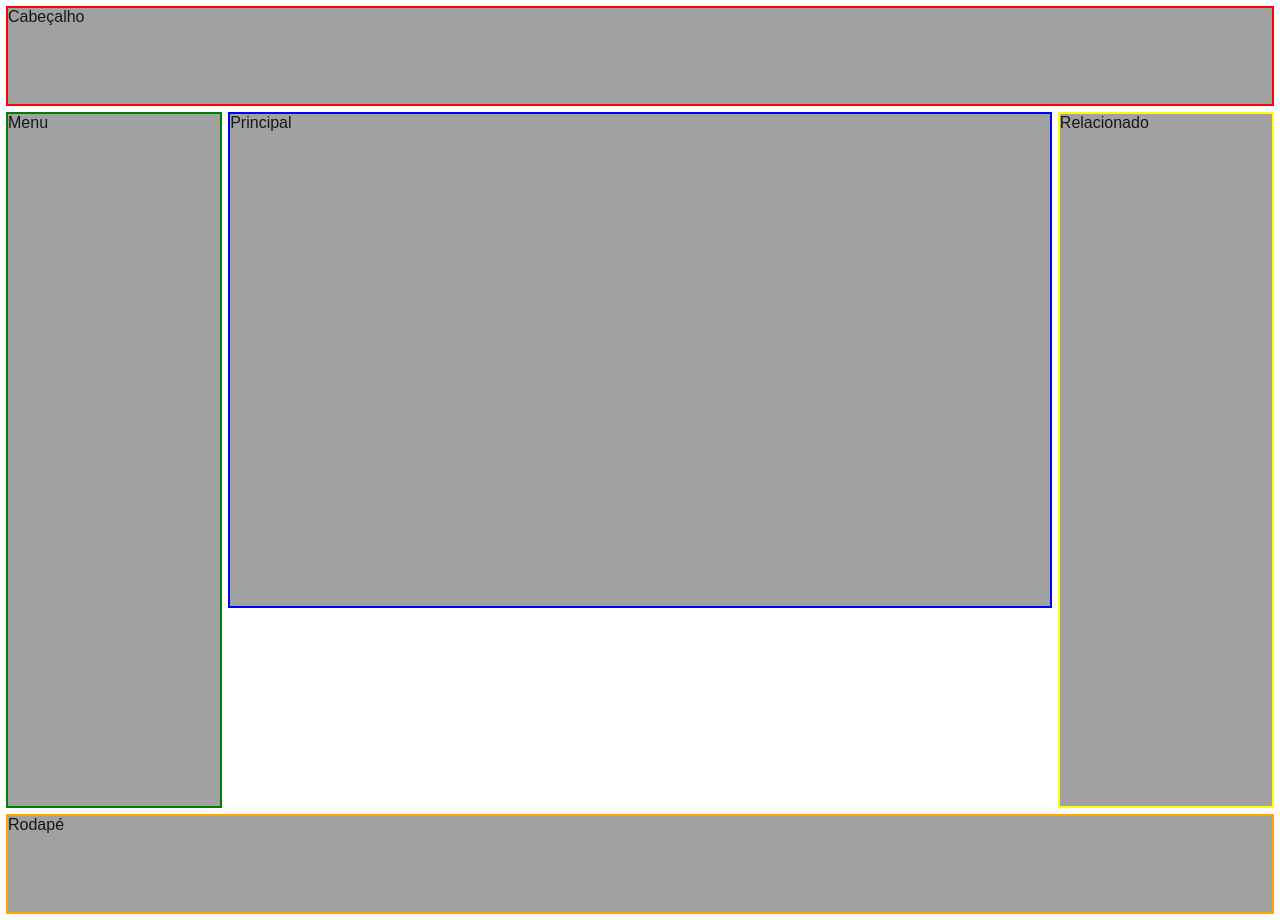
Repository: AleOi3/htmlTemplate
Page: /temp_one
The author's editor kept a copy of each file at every save. The page is drawn from the files as they stood at one save, then again after the next save.
The browser window is 1280 px wide. The pictures show the whole page.
The project was rebuilt for these pictures with package versions that can differ from the ones it lists, and the page was loaded fresh each time. The framework's server and built-in components were replaced by stand-ins that run in the browser. Also part of the build but not shown: next.config.ts.

Above is the page before, as saved 2024-12-09 01:34:52.

### src/app/temp_one/page.tsx
"use client";

import styled from 'styled-components';
const TemplateOnePage = () => {
    let headerHeight = 100;
    let headerMargin = 3;
    let footerHeight = 100;
    let footerMargin = 3;
    let mainMargin = 3;
    let navWidth = 200;
    let navMargin = 3;
    let mainWidth = 500;
    let asideWidth = 200;
    let asideMargin = 3;
    let bodyMargin = 3;
    let firstWrapAisdeHeight = 100;
    let mainHeight = `calc(100vh - ${footerMargin * 2}px - ${headerMargin * 2}px - ${mainMargin * 2}px - ${bodyMargin * 2}px)`;
    let firstWrapWidth = `${mainWidth + asideWidth + navWidth  + bodyMargin * 2 + asideMargin * 2 + mainMargin * 2 + navMargin * 2 }`;
    // let firstWrapWidth = `${mainWidth * 2} - ${asideWidth * 2} - ${navWidth * 2} - ${bodyMargin * 2}`;
    let firstWrapHeight = `calc(100vh - ${firstWrapAisdeHeight}px - ${headerHeight}px - ${footerHeight}px - ${footerMargin * 2}px - ${headerMargin * 2}px - ${mainMargin * 2}px - ${bodyMargin * 2}px - ${asideMargin * 2}px `;
    console.log("firstWrapWidth")
    console.log(firstWrapWidth)
    return <Container firstwrap={{
        maxWidth: firstWrapWidth,
        height: firstWrapHeight,
        asideHeight: firstWrapAisdeHeight,

    }}>
        <header style={{
            border: '2px solid red',
            margin: 3,
            display: 'flex',
            flex: '1 1 100vw',
            height: headerHeight,
            background: '#a1a1a1'
        }}>
            Cabeçalho
        </header>
        <nav style={{
            border: '2px solid green',
            margin: navMargin,
            display: 'flex',
            flex: `1 1 ${navWidth}px`,
            // flex: '1 1 200px',
            height: mainHeight,
            background: '#a1a1a1'

        }}>Menu</nav>
        <main style={{
            border: '2px solid blue',
            margin: mainMargin,
            display: 'flex',
            flex: `20 1 ${mainWidth}px`,
            background: '#a1a1a1',
            height: "calc(100vh - 224px)"

        }}>Principal</main>
        <aside style={{
            border: '2px solid yellow',
            margin: mainMargin,
            display: 'flex',
            flex: `1 1 ${asideWidth}px`,
            background: '#a1a1a1'

        }}>Relacionado</aside>
        <footer style={{
            border: '2px solid orange',
            margin: 3,
            display: 'flex',
            flex: '1 1 100vw',
            height: footerHeight,
            background: '#a1a1a1'

        }}>Rodapé</footer>

    </Container>
}

interface CustomStyle {
    firstwrap: {
        maxWidth: string,
        height: string,
        asideHeight: number,

    };
}

let Container = styled.div<CustomStyle>`
    display: flex;
    flex-wrap: wrap;

    @media only screen and (max-width: ${props => props.firstwrap.maxWidth || 923}px){
        main {
            height: ${props => props.firstwrap.height || "calc(100vh-330px)"};
        }
        aside {
            flex: 1 1 100vw;
            height: ${props => props.firstwrap.asideHeight || "100"}px;
        }
    }
`

export default TemplateOnePage;

### src/app/globals.css
:root {
  --background: #ffffff;
  --foreground: #171717;
}

@media (prefers-color-scheme: dark) {
  :root {
    --background: #0a0a0a;
    --foreground: #ededed;
  }
}

html,
body {
  max-width: 100vw;
  overflow-x: hidden;
}

body {
  color: var(--foreground);
  background: var(--background);
  font-family: Arial, Helvetica, sans-serif;
  -webkit-font-smoothing: antialiased;
  -moz-osx-font-smoothing: grayscale;
  margin: 3px;
  flex: 1 1 100vw;
}

* {
  box-sizing: border-box;
  padding: 0;
  margin: 0;
}

a {
  color: inherit;
  text-decoration: none;
}

@media (prefers-color-scheme: dark) {
  html {
    color-scheme: dark;
  }
}

Loaded but not shown: src/app/layout.tsx (common file)

After the next save:
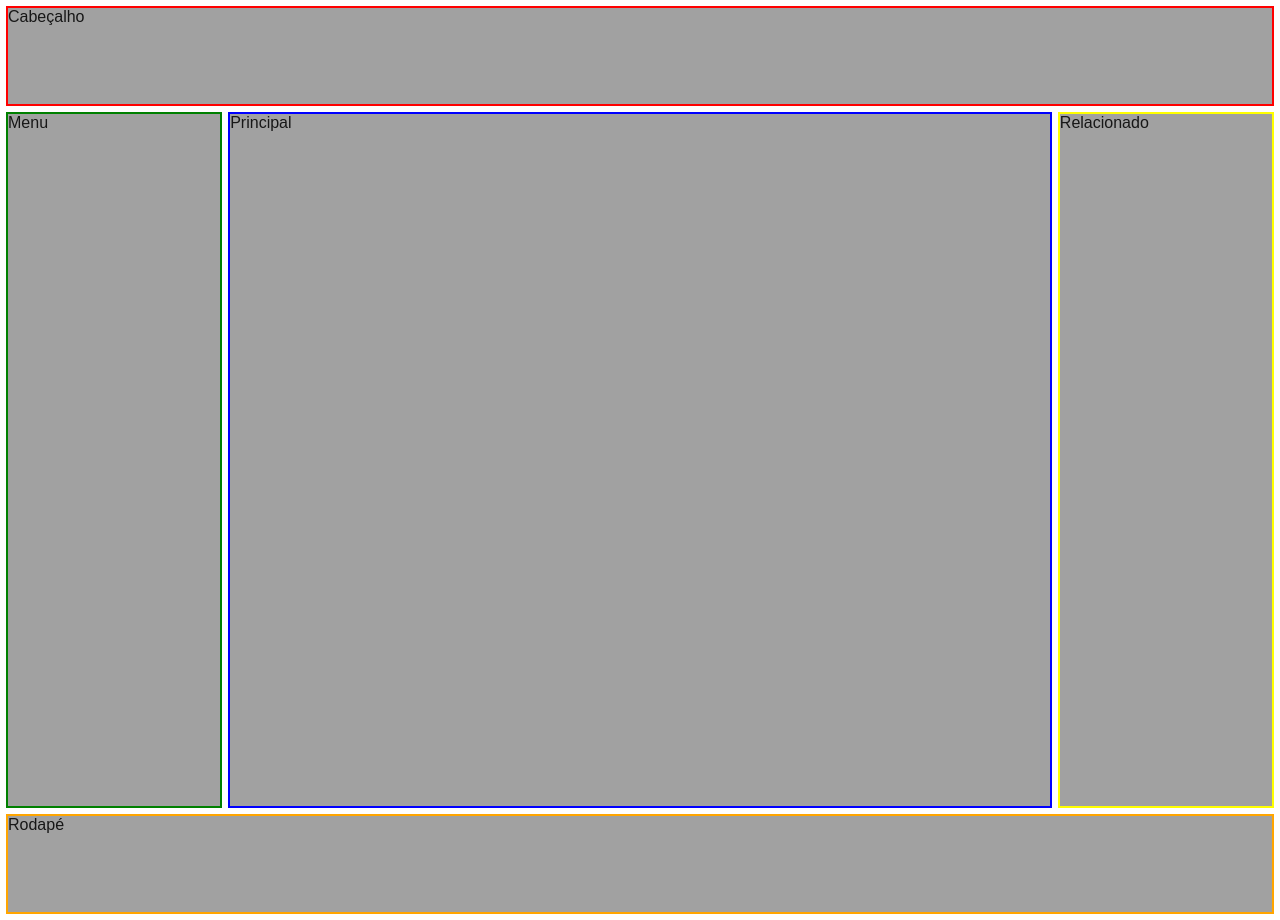
Saved 47 s later.
--- a/src/app/temp_one/page.tsx
+++ b/src/app/temp_one/page.tsx
@@ -52,7 +52,6 @@ const TemplateOnePage = () => {
             display: 'flex',
             flex: `20 1 ${mainWidth}px`,
             background: '#a1a1a1',
-            height: "calc(100vh - 224px)"
 
         }}>Principal</main>
         <aside style={{
